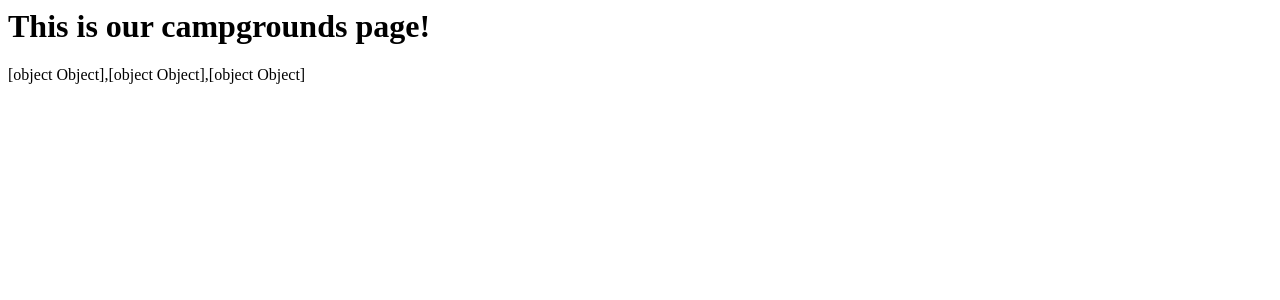
Repository: manojsatya/YelpCamp
Page: http://localhost/campgrounds
An editor plug-in stored every save of this project. The page is shown before and after a run of saves, followed by the edit.
The browser window is 1280 px wide. The pictures show the whole page.
The page is served by the project's Node server (app.js).

Above is the page before, as saved 2019-06-13 21:56:15.

### views/campgrounds.ejs
<h1>This is our campgrounds page!</h1>

<%= campgrounds %>

### app.js
var express = require("express");
var app = express();

app.set("view engine", "ejs");

app.get("/", function(req, res){
    res.render("landing");
});

app.get("/campgrounds", function(req, res){
    var campgrounds = [
        {name: "Manoj Satya", image: "https://mk0theadventuregfnyq.kinstacdn.com/wp-content/uploads/Tips-for-Hiking-and-Camping-in-the-Snow-3.jpg"},
        {name: "Shradha Shiv", image: "https://www.michigan.org/sites/default/files/styles/15_6_desktop/public/camping-hero_0_0.jpg?itok=mgGs0-vw&timestamp=1520373602"},
        {name: "Meghana", image: "https://taosmountainoutfitters.com/wp-content/uploads/2018/09/camping_fullsize_story1.jpg"}
    ]

    res.render("campgrounds",{campgrounds:campgrounds});
});


app.listen(3000, function(){
    console.log("The YelpCamp Server has started");
});

After the next 4 saves:
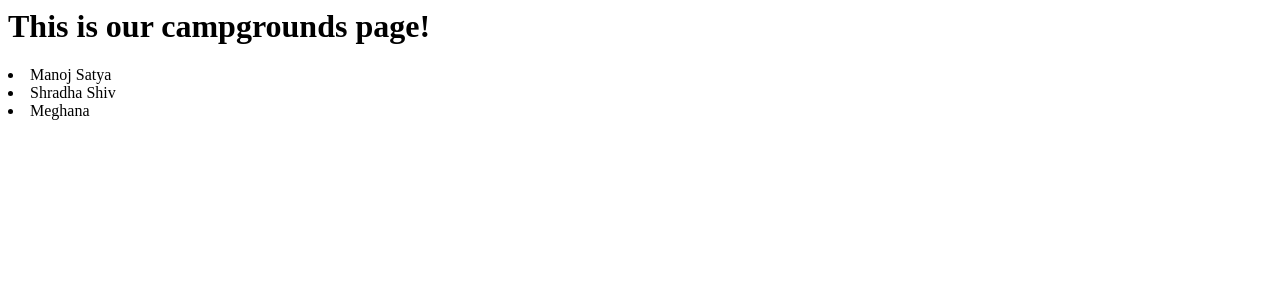
The 4 saves are shown as one change because 3 did not build or start.
The last was saved 4 min 51 s later.
--- a/views/campgrounds.ejs
+++ b/views/campgrounds.ejs
@@ -1,3 +1,8 @@
 <h1>This is our campgrounds page!</h1>
 
-<%= campgrounds %>
+<% campgrounds.forEach(function(campground){ %>
+    <li>
+        <%= campground.name %>
+
+    </li>
+<% }); %>
